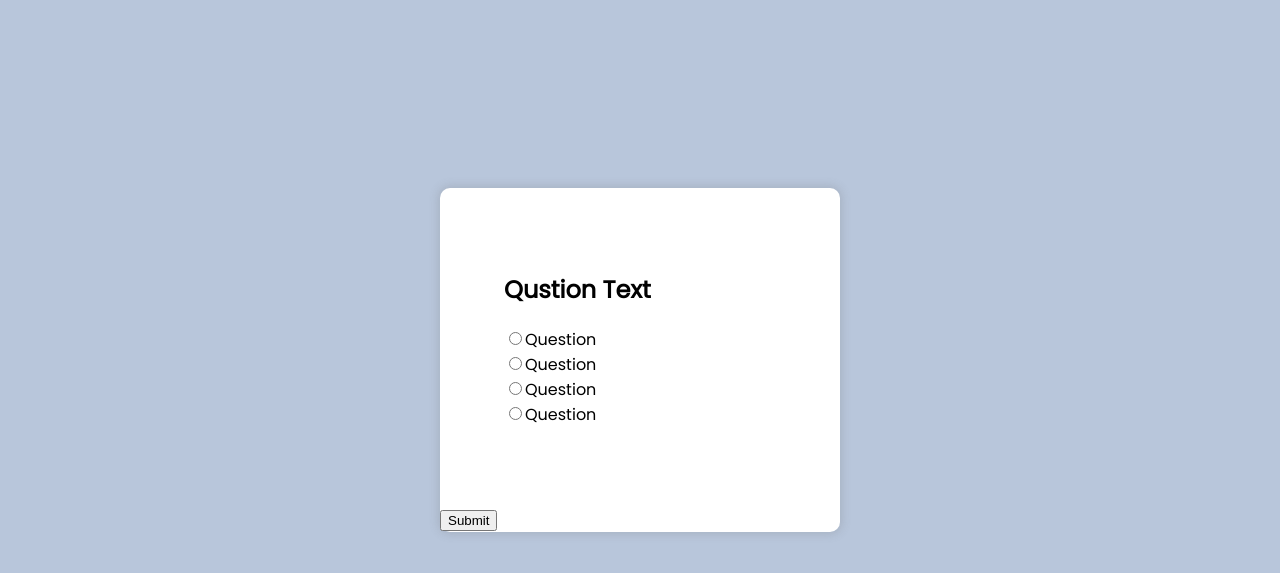
Repository: Abhi2359/Intermediate-projects
Page: Quiz App/index.html
An editor plug-in stored every save of this project. The page is shown before and after the next save, followed by the edit.
The browser window is 1280 px wide. The pictures show the whole page.

Above is the page before, as saved 2023-01-31 14:11:14.

After the next save:
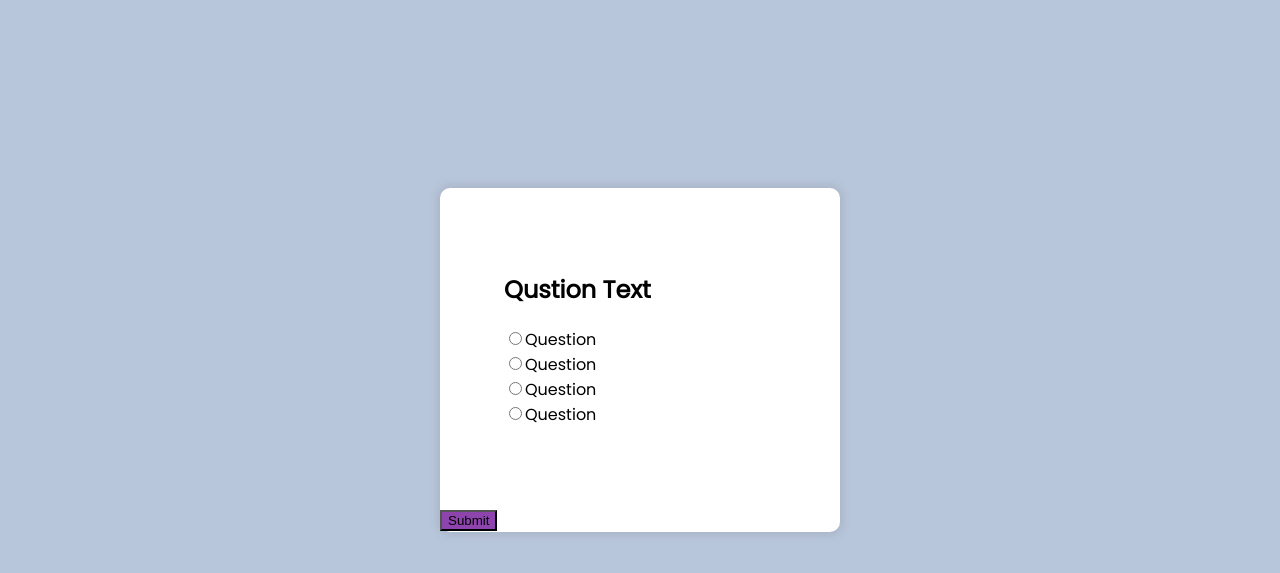
Saved 5 s later.
--- a/Quiz App/style.css
+++ b/Quiz App/style.css
@@ -35,5 +35,5 @@ body {
  }
 
  button{
-  background-color: #8e;
+  background-color: #8e44ad;
  }
